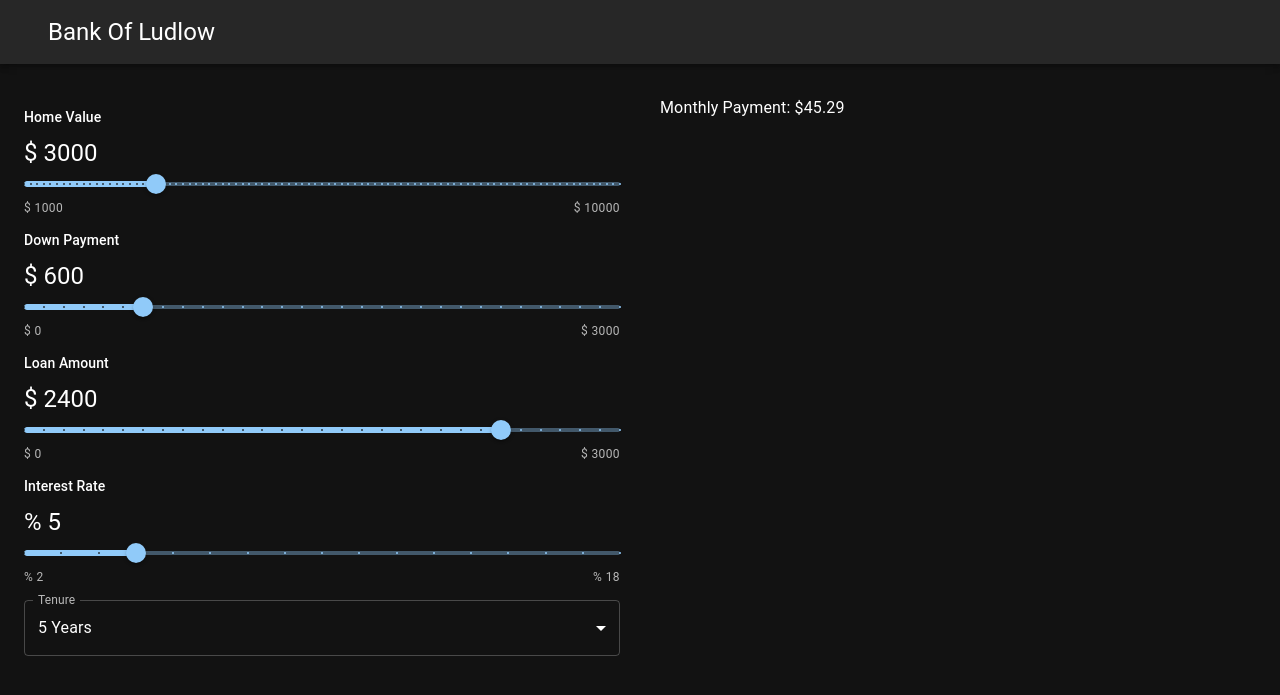
Repository: MikeeBuilds/mortgage-calculator
Page: /
The author's editor kept a copy of each file at every save. The page is drawn from the files as they stood at one save, then again after the next save.
The browser window is 1280 px wide. The pictures show the whole page.
The project was rebuilt for these pictures with package versions that can differ from the ones it lists, and the page was loaded fresh each time.

Above is the page before, as saved 2023-04-04 18:35:26.

After the next save:
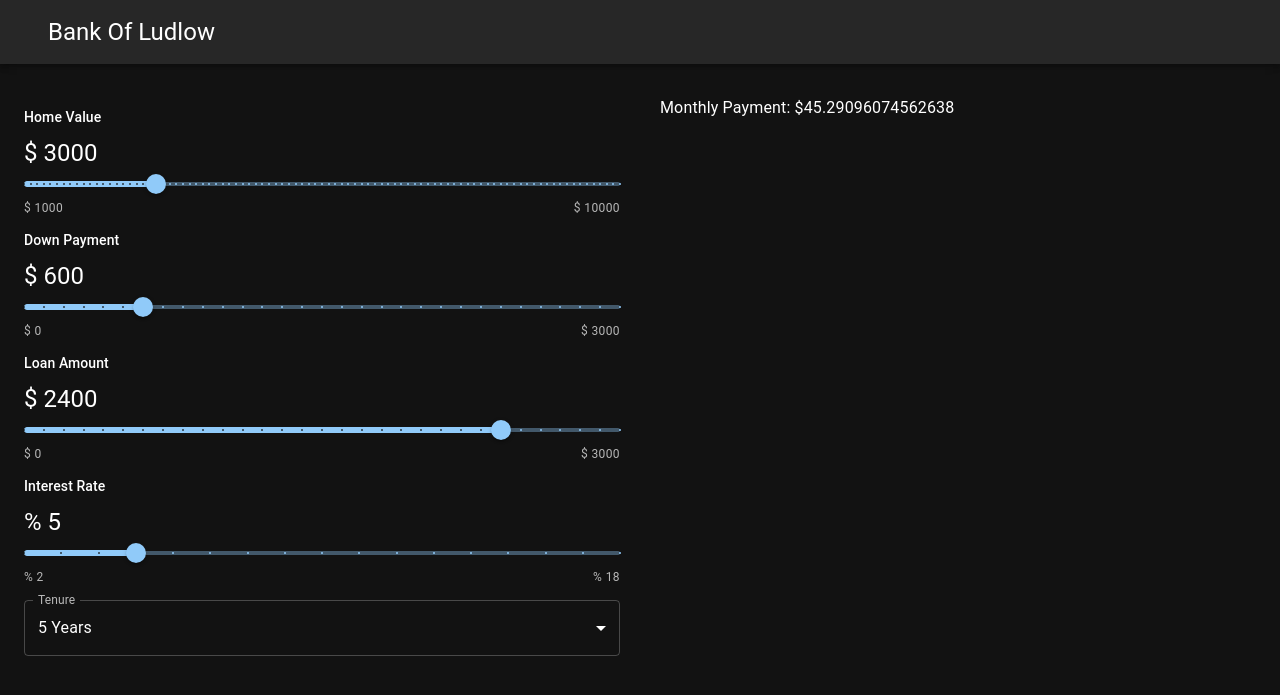
Saved 7 s later.
--- a/src/components/Result.js
+++ b/src/components/Result.js
@@ -20,7 +20,7 @@
   return (
     <Stack>
       <Typography>
-        Monthly Payment: ${monthlyPayment.toFixed(2)}
+        Monthly Payment: ${monthlyPayment}
       </Typography>
     </Stack>
   )

After the save that followed:
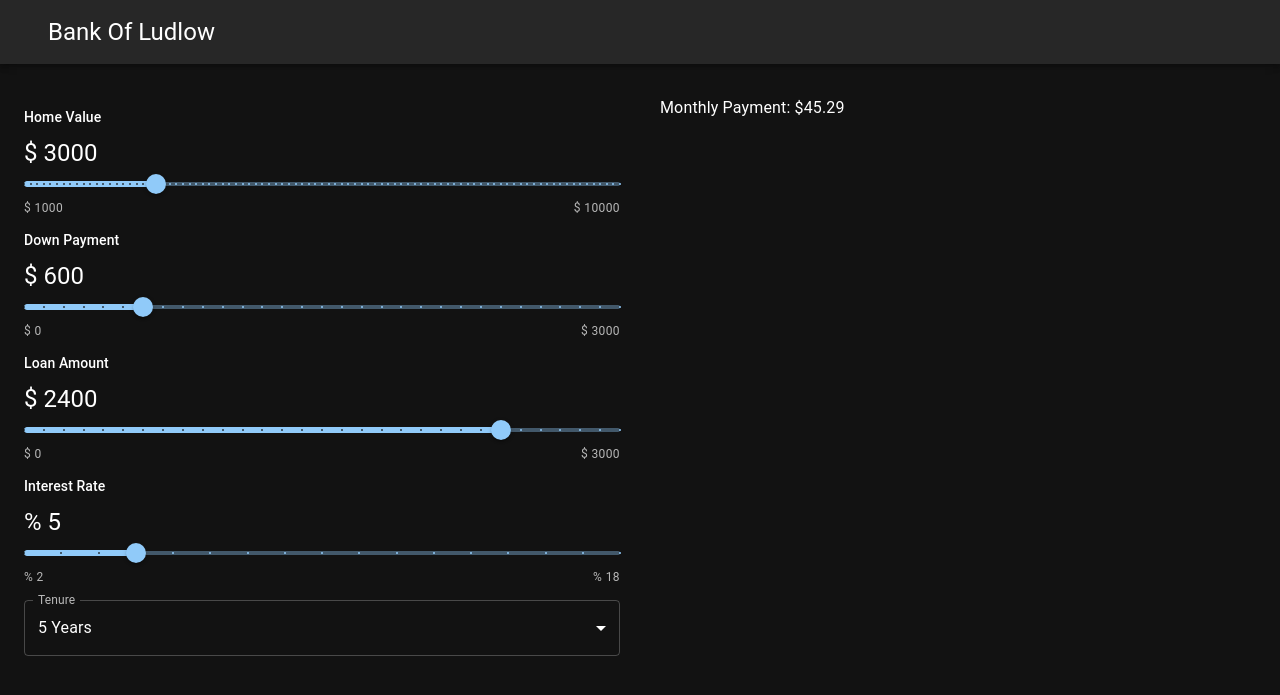
Saved 7 s later.
--- a/src/components/Result.js
+++ b/src/components/Result.js
@@ -20,7 +20,7 @@
   return (
     <Stack>
       <Typography>
-        Monthly Payment: ${monthlyPayment}
+        Monthly Payment: ${monthlyPayment.toFixed(2)}
       </Typography>
     </Stack>
   )
